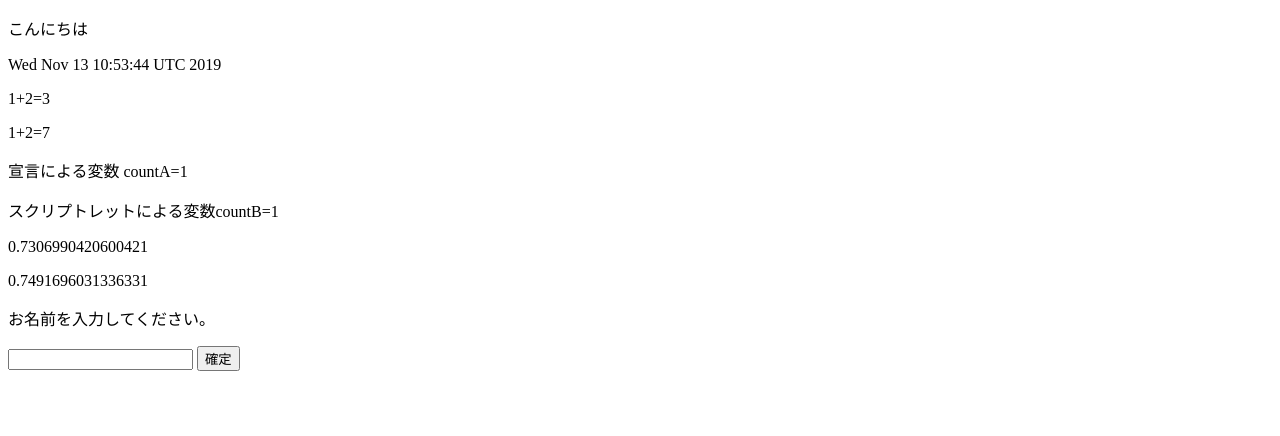
Repository: Nogawa-Haruka/test
Page: http://localhost/HelloJSP/
These files come from the project's save history. The page is drawn as it stood at one moment and after the next save; the edit follows.
The browser window is 1280 px wide. The pictures show the whole page.
The page is served by Tomcat 9.

Above is the page before, as saved 2019-11-15 10:40:50.

After the next save:
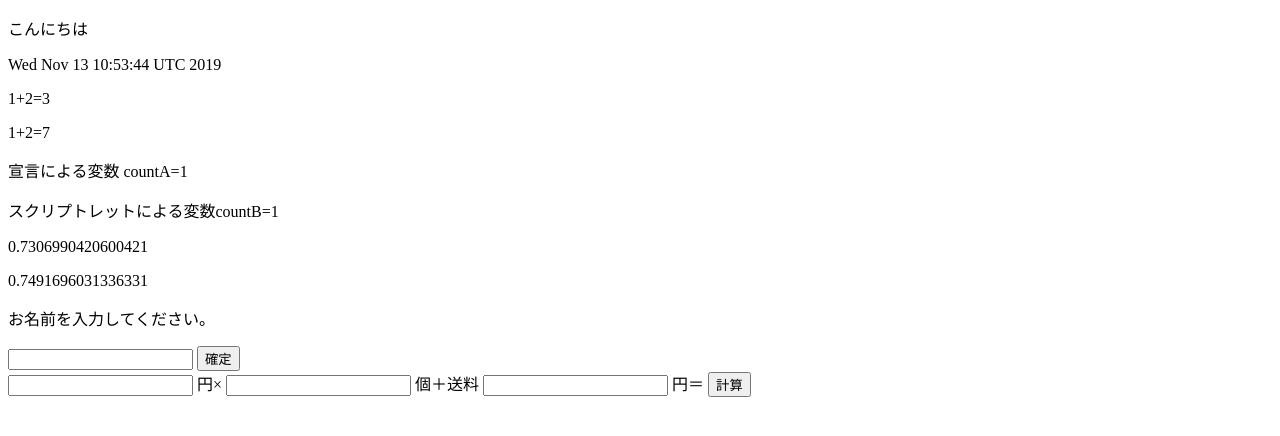
Saved 3 min 22 s later.
--- a/HelloJSP/WebContent/index.jsp
+++ b/HelloJSP/WebContent/index.jsp
@@ -30,5 +30,15 @@
 	<input type="text" name="user">
 	<input type="submit" value="確定">
 	</form>
+
+	<form method="post" action="total-out.jsp">
+	<input type="text" name="price">
+	円×
+	<input type="text" name="count">
+	個＋送料
+	<input type="text" name="delivery">
+	円＝
+	<input type="submit" value="計算">
+	</form>
 </body>
 </html>
